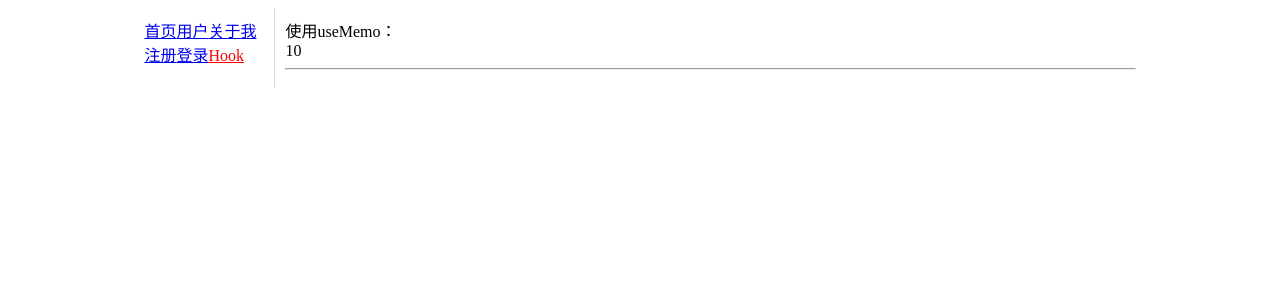
Repository: shellingfordly/js-library-Demo
Page: /hook (app in demo/react/demo/)
The author's editor kept a copy of each file at every save. The page is drawn from the files as they stood at one save, then again after the next save.
The browser window is 1280 px wide. The pictures show the whole page.
The project was rebuilt for these pictures with package versions that can differ from the ones it lists, and the page was loaded fresh each time. Also part of the build but not shown: demo/react/demo/src/views/home/components/UseReducer.js, demo/react/demo/src/views/home/components/SetTimeout.js, demo/react/demo/src/views/home/hook/context.js, demo/react/demo/src/views/home/components/context/useContext.js, demo/react/demo/src/views/home/components/context/contextType.js, demo/react/demo/src/views/home/components/context/consumer.js, demo/react/demo/src/views/home/utils/highComponent.js, demo/react/demo/src/views/home/Home.js and 12 more.

Above is the page before, as saved 2021-01-17 22:52:27.

After the next save:
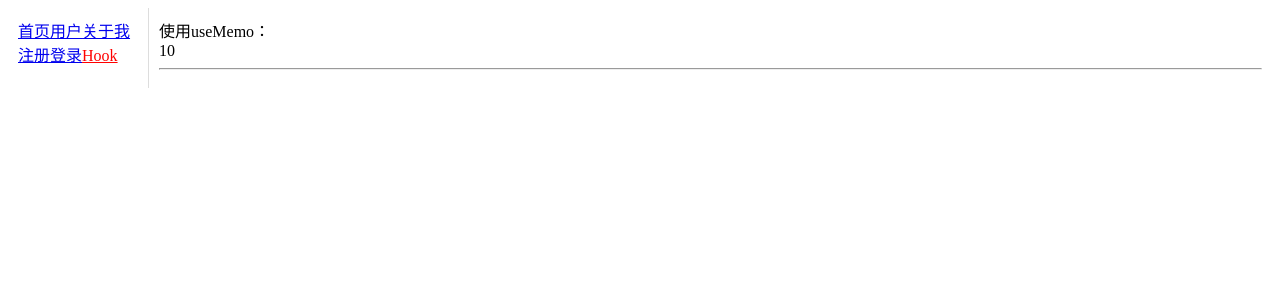
Saved 6 s later.
--- a/demo/react/demo/src/App.scss
+++ b/demo/react/demo/src/App.scss
@@ -1,5 +1,5 @@
 .app {
-  width: 80%;
+  // width: 80%;
   margin: auto;
   display: flex;
 
